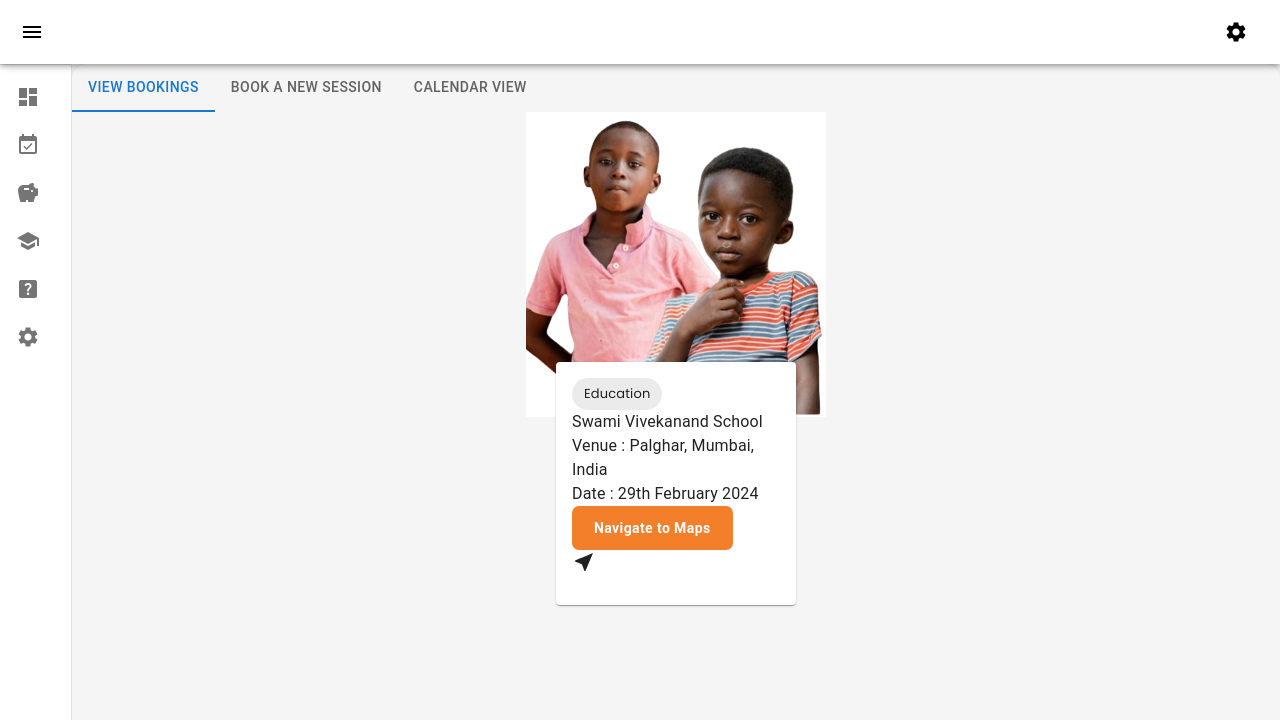
Repository: shubhampirate/Google_Solutions_Edural
Page: /bookings
The author's editor kept a copy of each file at every save. The page is drawn from the files as they stood at one save, then again after the next save.
The browser window is 1280 px wide. The pictures show the whole page.
An inner scrolling area shows only its first screen. The project was rebuilt for these pictures with package versions that can differ from the ones it lists, and the page was loaded fresh each time. Some packages were replaced by stand-ins written for this rebuild. Also part of the build but not shown: src/Components/Navbar.jsx, src/Components/Footer.jsx, src/Components/CongratsCard.jsx, src/pages/Hero/Hero.jsx, src/pages/Dashboard/Dashboard.jsx, src/pages/Sign_in.jsx, src/pages/Bookings/LicenseCard.jsx.

Above is the page before, as saved 2024-02-04 18:06:16.

After the next save:
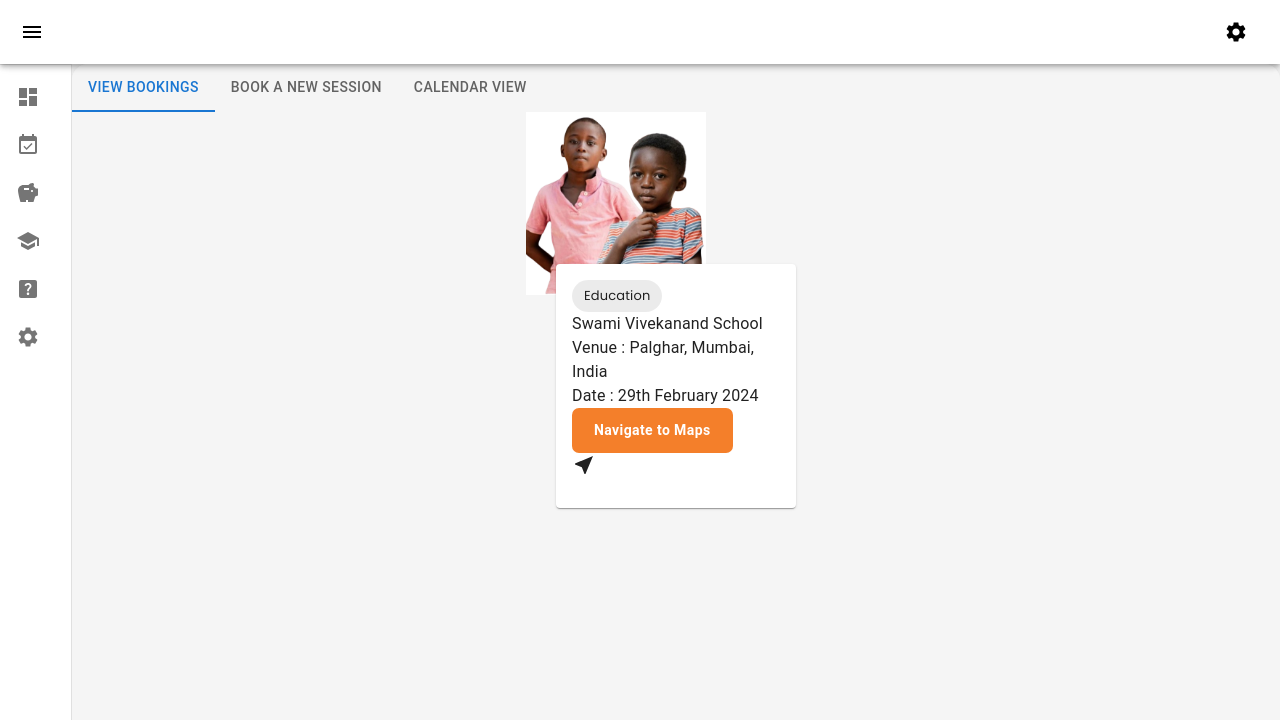
Saved 11 s later.
--- a/src/pages/Bookings/bookings.jsx
+++ b/src/pages/Bookings/bookings.jsx
@@ -105,8 +105,8 @@
                src={heroImg}
                alt="card-background"
                style={{
-                 width: '100%',
-                 height: '50%',
+                 width: '60%',
+                 height: '60%',
                  objectFit: 'cover',
                }}
              />

After the save that followed:
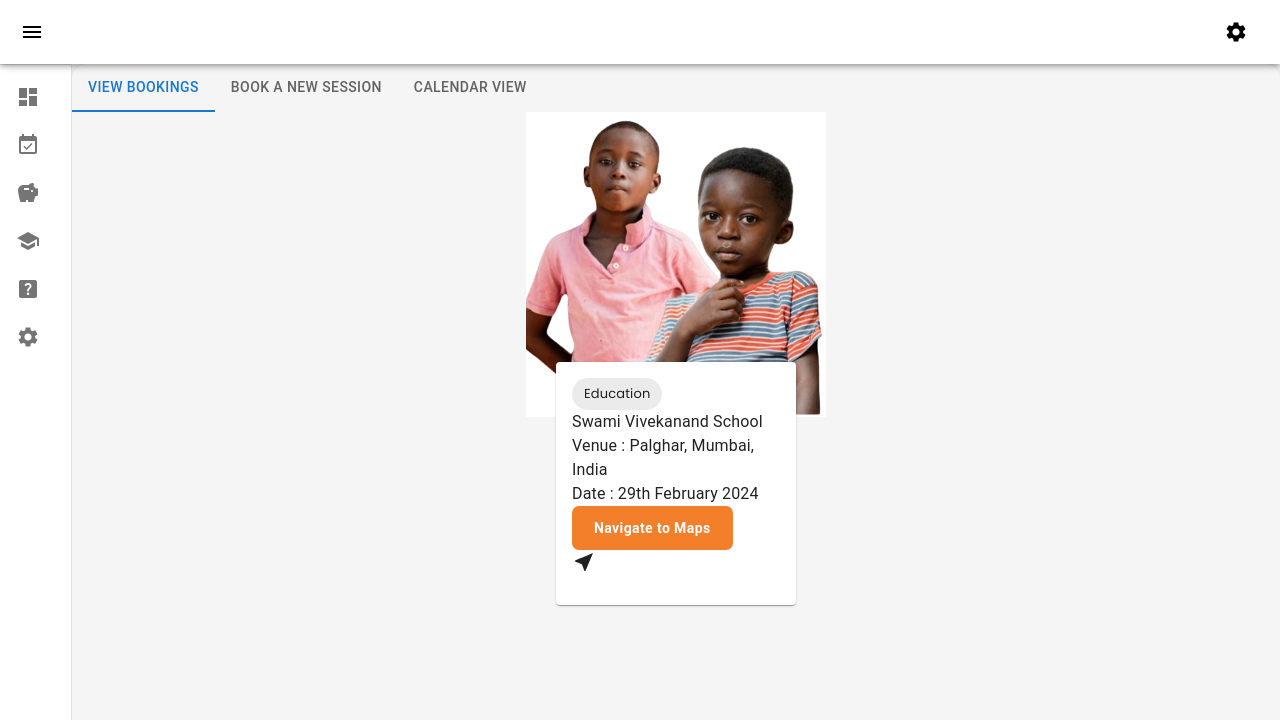
Saved 6 s later.
--- a/src/pages/Bookings/bookings.jsx
+++ b/src/pages/Bookings/bookings.jsx
@@ -105,7 +105,7 @@
                src={heroImg}
                alt="card-background"
                style={{
-                 width: '60%',
+                 width: '100%',
                  height: '60%',
                  objectFit: 'cover',
                }}
